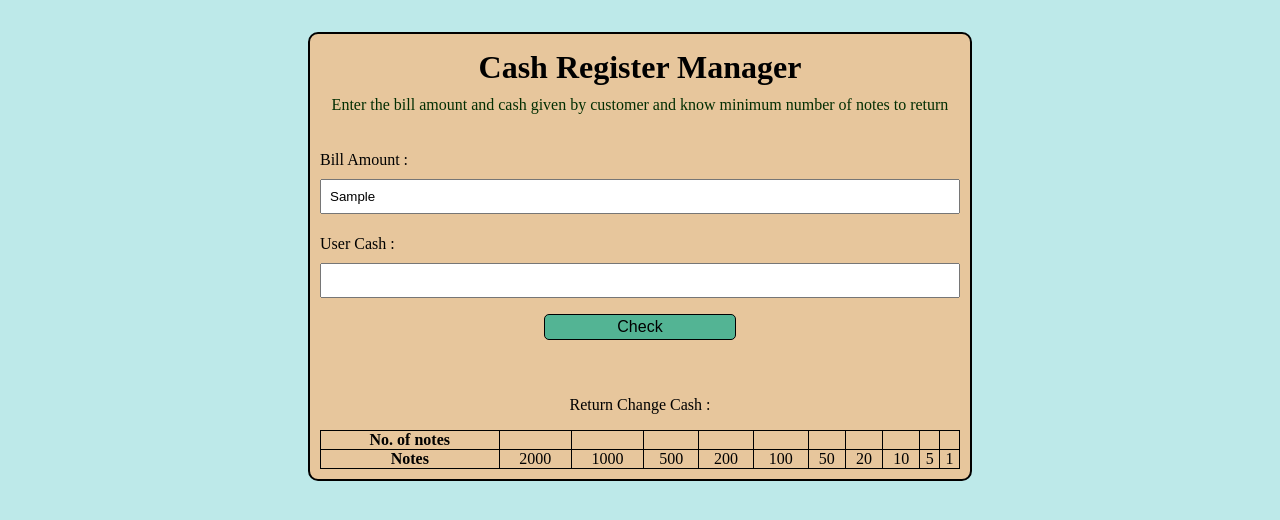
Repository: patelamancode/Cash-register-manager-app
Page: index.html
The author's editor kept a copy of each file at every save. The page is drawn from the files as they stood at one save, then again after the next save.
The browser window is 1280 px wide. The pictures show the whole page.
Empty fields were first filled with sample values (such as "Sample", 5 or name@example.com).
After loading, the first visible `#next-btn` was clicked once.

Above is the page before, as saved 2022-11-21 21:55:17.

### index.html
<!DOCTYPE html>
<html lang="en">

<head>
    <meta charset="UTF-8">
    <meta http-equiv="X-UA-Compatible" content="IE=edge">
    <meta name="viewport" content="width=device-width, initial-scale=1.0">
    <link rel="stylesheet" href="index.css">
    <title>Cash register app</title>
</head>

<body>
    <div id="main-container">
        <h1 class="heading">Cash Register Manager</h1>
        <p id="description">Enter the bill amount and cash given by customer
            and know minimum number of notes to return
        </p>
        <p class="error-check-for-bill">Please make sure input bill amount must be positive and non-zero value</p>
        <label for="Bill-amount">Bill Amount :</label>
        <input type="text" id="bill-amount">
        <button id="next-btn">Next</button>
        <div class="sub-container">
            <label for="Cash-amount" class="cash-section">User Cash :</label>
            <input type="text" id="cash-amount">
            <button class="check-btn">Check</button>
            <p class="error-message"></p>
            <table class="change-cash">
                <caption>Return Change Cash :</caption>
                <tr>
                    <th>No. of notes</th>
                    <td class="notes-number"></td>
                    <td class="notes-number"></td>
                    <td class="notes-number"></td>
                    <td class="notes-number"></td>
                    <td class="notes-number"></td>
                    <td class="notes-number"></td>
                    <td class="notes-number"></td>
                    <td class="notes-number"></td>
                    <td class="notes-number"></td>
                    <td class="notes-number"></td>
                </tr>
                <tr>
                    <th>Notes</th>
                    <td>2000</td>
                    <td>1000</td>
                    <td>500</td>
                    <td>200</td>
                    <td>100</td>
                    <td>50</td>
                    <td>20</td>
                    <td>10</td>
                    <td>5</td>
                    <td>1</td>
                </tr>
            </table>
        </div>
    </div>

    <script src="index.js"></script>
</body>

</html>

### index.css
*{
    margin: 0;
    padding: 0;
}

body{
    background-color: rgb(189, 233, 233);
}

#main-container{
    display: flex;
    flex-direction: column;
    width: 50vw;
    margin: auto;
    margin-top: 2rem;
    padding: 10px;
    border: 2px solid black;
    border-radius: 10px;
    background-color: rgb(231, 198, 156);
    text-align: center;
}

h1{
    margin-bottom: 10px;
    padding-top: 5px;
}

#description{
    font-size: 1rem;
    color: rgb(2, 46, 2);
    margin-bottom: 2rem;
}

.error-check-for-bill{
    background-color: yellow;
    height: 20px;
    display: none;
    padding: 0.5rem;
}

label{
    text-align: left;
    margin-bottom: 10px;
    margin-top: 5px;
}

input{
    margin-bottom: 1rem;
    text-decoration: none;
    padding: 0.5rem;
}

button{
    width: 30%;
    margin: auto;
    margin-bottom: 2rem;
    padding: 3px;
    font-size: 1rem;
    font-weight: 500;
    border: 1px solid;
    background-color: rgb(83, 180, 148);
    border-radius: 5px;
}

caption{
    margin-top: 1.5rem;
    margin-bottom: 1rem;
}

table, th, td{
    border: 1px solid black;
}
table{
    border-collapse: collapse;
}

.sub-container{
    display: none;
    flex-direction: column;
    width: 50vw;
    margin: auto;
}






@media(max-width: 700px){

}

### index.js
// document.querySelector('.check-btn').addEventListener('click', function(){
//     console.log("Check button is clicked")
// })

const billAmount = document.querySelector('#bill-amount');
const cashAmount = document.querySelector('#cash-amount');
const checkButton = document.querySelector('.check-btn');
const errorMessage = document.querySelector('.error-message');
const notesDisplay = document.querySelectorAll('.notes-number');
const hideContent = document.querySelector('.sub-container');
const nextButton = document.querySelector('#next-btn');
const mainError = document.querySelector('.error-check-for-bill');


nextButton.addEventListener('click', function(){
    hideContent.style.display = "flex";
    nextButton.style.display = "none";
    if(!billAmount.value){
        hideContent.style.display = "none";
        mainError.style.display = "block"
    }
});

const displayErrorMessage = function (message) {
    errorMessage.style.display = "block";
    errorMessage.style.backgroundColor = "red";
    errorMessage.innerText = message;
};
const hideErrorMessage = function(){
    errorMessage.style.display = "none";

};

const notesArray = [2000, 1000, 500, 200, 100, 50, 20, 10, 5, 1];
const numberOfNotesGiven = function(returnAmount){
    for(let i=0; i< notesArray.length; i++){
        let notesCount = Math.trunc(returnAmount/notesArray[i]);
        returnAmount = returnAmount%notesArray[i];
        notesDisplay[i].innerText = notesCount;
    }
};

checkButton.addEventListener('click', function amountValidation() {
    hideErrorMessage();

    if (billAmount.value > 0) {
        if(cashAmount.value > billAmount.value){
            const returnAmount = cashAmount.value - billAmount.value;
            numberOfNotesGiven(returnAmount);
        }
        else if(cashAmount.value === billAmount.value){
            displayErrorMessage("AMOUNTS ARE EQUALS NO NEED FOR CHANGE")
        }
        else{
            displayErrorMessage("Invalid Cash value as per Bill amount");
        }
    }
    else {
        displayErrorMessage("Please make sure input bill amount must be positive and non-zero value");
    }
});

After the next save:
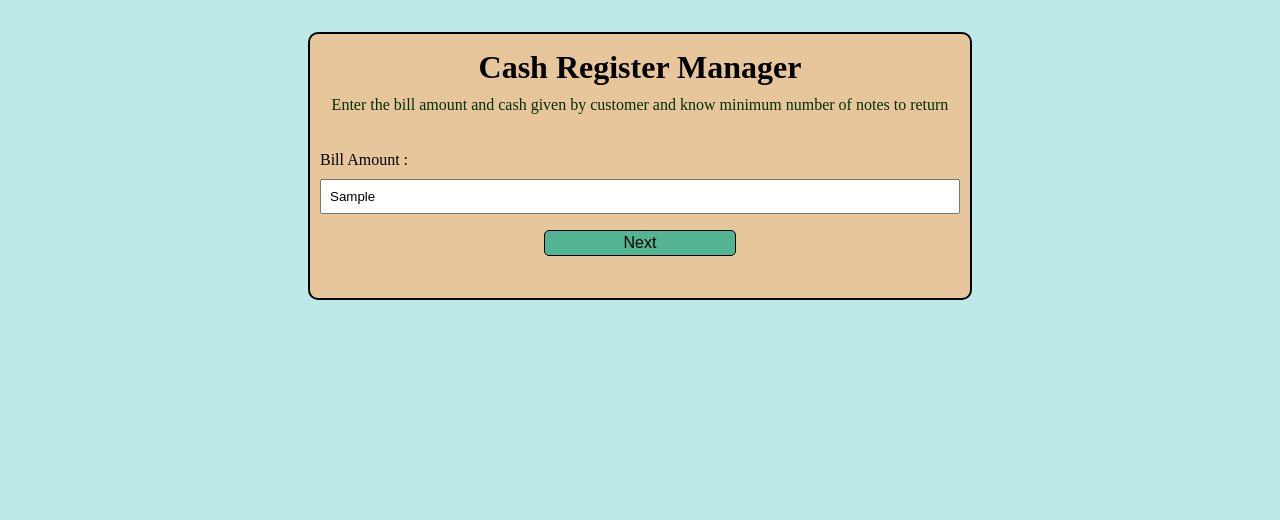
Saved 2 min 29 s later.
--- a/index.js
+++ b/index.js
@@ -13,11 +13,12 @@ const mainError = document.querySelector('.error-check-for-bill');
 
 
 nextButton.addEventListener('click', function(){
-    hideContent.style.display = "flex";
-    nextButton.style.display = "none";
+    // hideContent.style.display = "flex";
+    // nextButton.style.display = "none";
     if(!billAmount.value){
         hideContent.style.display = "none";
         mainError.style.display = "block"
+        mainError.style.innerText = "Please enter a bill value"
     }
 });
 
